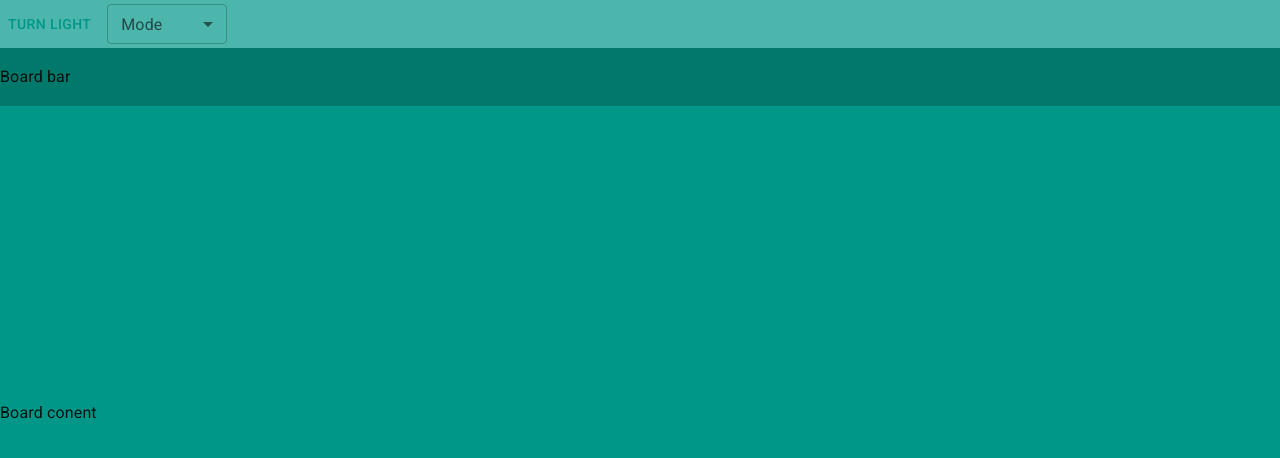
Repository: kieuduc123/trello_web
Page: /
An editor plug-in stored every save of this project. The page is shown before and after the next save, followed by the edit.
The browser window is 1280 px wide. The pictures show the whole page.
The project was rebuilt for these pictures with package versions that can differ from the ones it lists, and the page was loaded fresh each time. Also part of the build but not shown: vite.config.js.

Above is the page before, as saved 2024-03-14 23:12:17.

### index.html
<!doctype html>
<html lang="en">

<head>
  <meta charset="UTF-8" />
  <link rel="icon" type="image/svg+xml" href="https://seeklogo.com/images/T/trello-logo-CE7B690E34-seeklogo.com.png" />
  <meta name="viewport" content="width=device-width, initial-scale=1.0" />
  <title>Trello_App</title>
  <link rel="preconnect" href="https://fonts.googleapis.com" />
  <link rel="preconnect" href="https://fonts.gstatic.com" crossorigin />
  <link rel="stylesheet" href="https://fonts.googleapis.com/css2?family=Roboto:wght@300;400;500;700&display=swap" />
</head>

<body>
  <div id="root"></div>
  <script type="module" src="/src/main.jsx"></script>
</body>

</html>

### src/main.jsx
import * as React from 'react';
import { createRoot } from 'react-dom/client';
import CssBaseline from '@mui/material/CssBaseline';
import { Experimental_CssVarsProvider as CssVarsProvider } from '@mui/material/styles';
import App from '~/App';
import theme from '~/utils/theme';
const rootElement = document.getElementById('root');
const root = createRoot(rootElement);

root.render(
  <React.StrictMode>
    <CssVarsProvider theme={theme}>
      <CssBaseline />
      <App/>
    </CssVarsProvider>
  </React.StrictMode>
);

### src/App.jsx
import BoardDetail from "~/pages/Boards/_id";



const App = () => {
  return (
    <>
     <BoardDetail/>
    </>
  );
};

export default App;

### src/utils/theme.js
import { cyan, deepOrange, orange, teal } from '@mui/material/colors';
import { experimental_extendTheme as extendTheme } from '@mui/material/styles';

const theme = extendTheme({
 trello: {
  appBarHeight: '48px',
  boarBarHeight: '58px',
 },
 colorSchemes: {
  light: {
   palette: {
    primary: teal,
    secondary: deepOrange,
   },
   // spacing: (factor) => `${0.25 * factor}rem`,
  },
  dark: {
   palette: {
    primary: cyan,
    secondary: orange,
   },
   // spacing: (factor) => `${0.25 * factor}rem`,
  },
 },
});

export default theme;

### src/pages/Boards/_id.jsx
import React from 'react';
import { Container} from '@mui/material';
import AppBar from '~/components/AppBar';
import BoardBar from './BoardBar';
import BoardContent from './BoardContent';

const BoardDetail = () => {
  return (
    <Container disableGutters maxWidth={false} sx={{ height: ' 100vh', backgroundColor: 'primary.main' }}>
      <AppBar/>
      <BoardBar />
      <BoardContent />
   </Container>
  );
};

export default BoardDetail;

### src/components/AppBar/index.jsx
import React from 'react';
import { Box } from '@mui/material';
import ModeToggle from '../ModeSelect/ModeToggle';
// import ModeToggle from '~/ModeSelect/ModeToggle';


const AppBar = () => {
  return (
    <Box sx={{
        backgroundColor: 'primary.light',
        width: '100%',
        height: (theme) => theme.trello.appBarHeight,
        display: 'flex',
        alignItems: 'center'
      }}>
        <ModeToggle/>
      </Box>
  );
};

export default AppBar;

### src/pages/Boards/BoardBar/index.jsx
import { Box } from '@mui/material';
import React from 'react';

const BoardBar = () => {
  return (
     <Box sx={{
        backgroundColor: 'primary.dark',
        width: '100%',
         height: (theme) =>  theme.trello.boarBarHeight,
        display: 'flex',
        alignItems: 'center'
      }}>
        Board bar
      </Box>
  );
};

export default BoardBar;

### src/pages/Boards/BoardContent/index.jsx
import React from 'react';
import { Box } from '@mui/material';

const BoardContent = () => {
  return (
    <Box sx={{
        backgroundColor: 'primary.main',
        width: '100%',
        display: 'flex',
         height: (theme) => `calc(100vh - ${theme.trello.appBarHeight} - ${theme.trello.boarBarHeight})`,
        alignItems: 'center',
      }}>
        Board conent
      </Box>
  );
};

export default BoardContent;

### src/components/ModeSelect/ModeToggle.jsx
import { Box, Button } from '@mui/material';
import {
  Experimental_CssVarsProvider as CssVarsProvider,
  experimental_extendTheme as extendTheme,
  useColorScheme,
} from '@mui/material/styles';
import InputLabel from '@mui/material/InputLabel';
import MenuItem from '@mui/material/MenuItem';
import FormControl from '@mui/material/FormControl';
import Select from '@mui/material/Select';
import { LightMode}  from '@mui/icons-material';
import {DarkModeOutlined} from '@mui/icons-material';
import  {SettingsBrightness  }from '@mui/icons-material';
function ModeToggle() {
  const { mode, setMode } = useColorScheme();
  return (
    <>
      <Button
        onClick={() => {
          setMode(mode === 'light' ? 'dark' : 'light');
        }}
      >
        {mode === 'light' ? 'Turn dark' : 'Turn light'}
      </Button>
      <ModeSmall/>
    </>
  );
}
export default ModeToggle;

 function ModeSmall() {
   const { mode, setMode } = useColorScheme();
  const handleChange = (event) => {
    setMode(event.target.value);
  };

  return (
    <FormControl sx={{ m: 1, minWidth: 120 }} size="small">
      <InputLabel id="label-select-dark-light">Mode</InputLabel>
      <Select
        labelId="label-select-dark-light"
        id="select-dark-light"
        value={mode}
        label="Mode"
        onChange={handleChange}
      >
        <MenuItem value='light'>
          <div style={{
            display: 'flex',
            alignItems: 'center',
            gap: '8px',
          }}>
            <LightMode fontSize='small'/> Light
          </div>
        </MenuItem>
        <MenuItem value='dark'>
           <Box sx={{ display: 'flex',
            alignItems: 'center',
            gap: 1,}}>
            <DarkModeOutlined fontSize='small' />
            Dark
          </Box>
        </MenuItem>
        <MenuItem value='system'>
            <Box sx={{ display: 'flex',
            alignItems: 'center',
            gap: 1,}}>
            <SettingsBrightness fontSize='small' />
            System
          </Box> </MenuItem>
      </Select>
    </FormControl>
  );
}

After the next save:
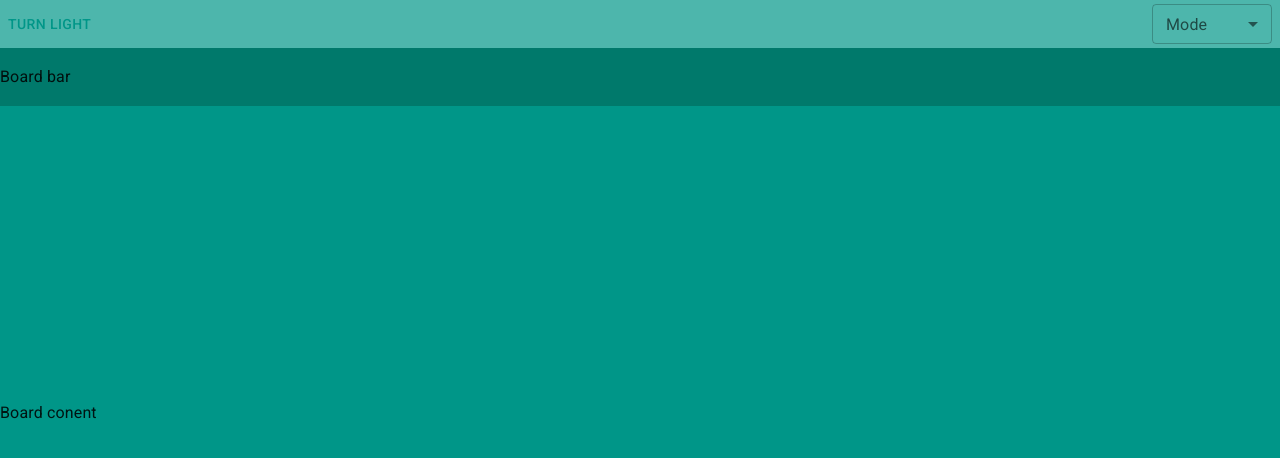
Saved 9 h 50 min later.
--- a/src/components/AppBar/index.jsx
+++ b/src/components/AppBar/index.jsx
@@ -11,7 +11,8 @@
         width: '100%',
         height: (theme) => theme.trello.appBarHeight,
         display: 'flex',
-        alignItems: 'center'
+      alignItems: 'center',
+        justifyContent: 'space-between'
       }}>
         <ModeToggle/>
       </Box>
